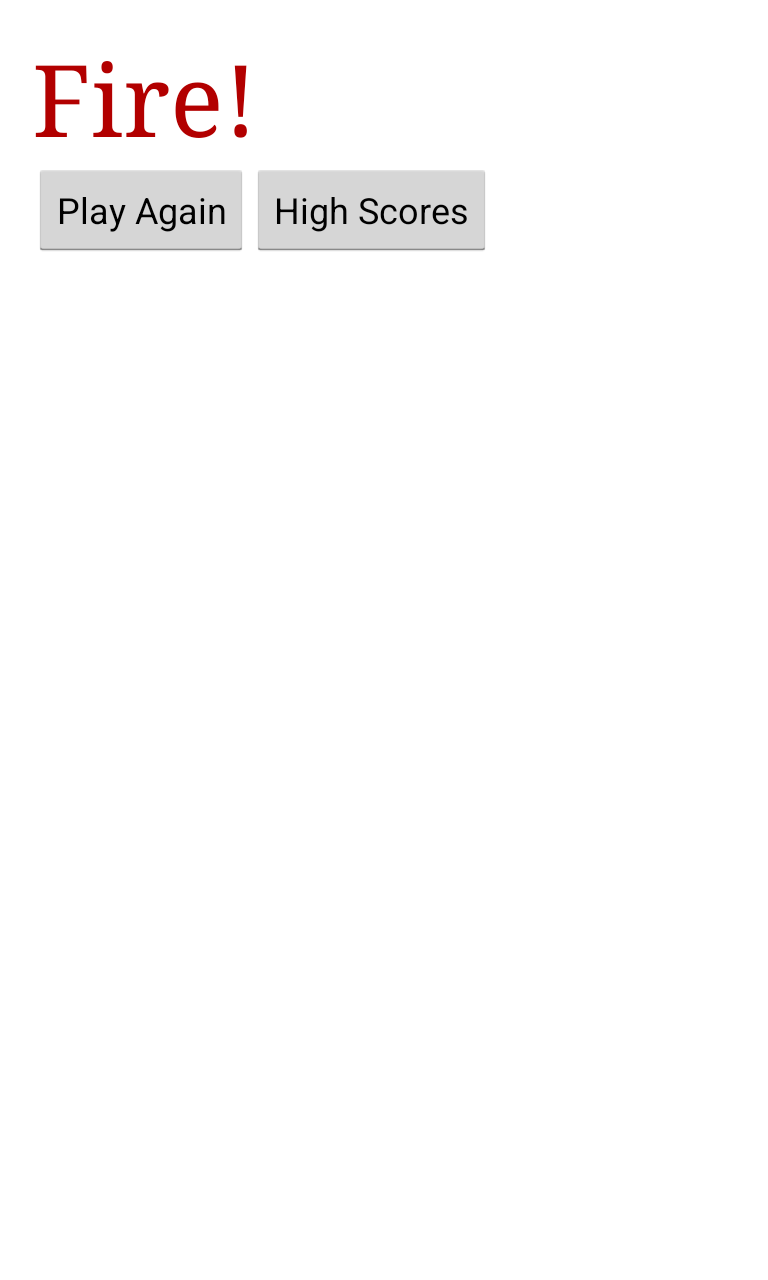
Repository: osheac5/fire
Layout: fire/res/layout/activity_splash_screen.xml
These files come from the project's save history. The layout is drawn as it stood at one moment and after the next save; the edit follows.
It is drawn on a 768 x 1280 px phone screen (xhdpi) without system bars, with theme AppTheme; the app's code is not run.

Above is the layout before, as saved 2013-11-25 11:23:08.

After the next save:
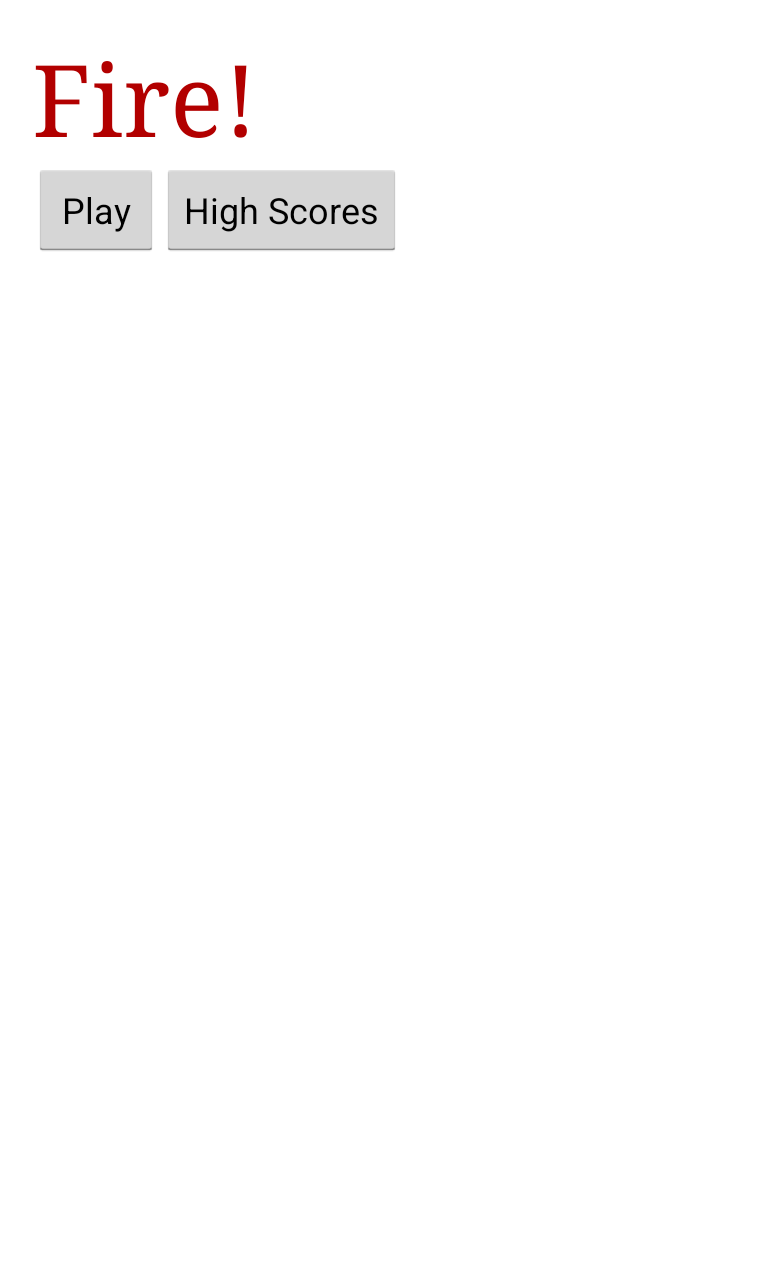
Saved 41 s later.
--- a/fire/res/layout/activity_splash_screen.xml
+++ b/fire/res/layout/activity_splash_screen.xml
@@ -33,7 +33,7 @@
             android:layout_width="wrap_content"
             android:layout_height="wrap_content"
             android:onClick="startGame"
-            android:text="@string/play_again" />
+            android:text="@string/play_game" />
 
         <Button
             android:layout_width="wrap_content"
